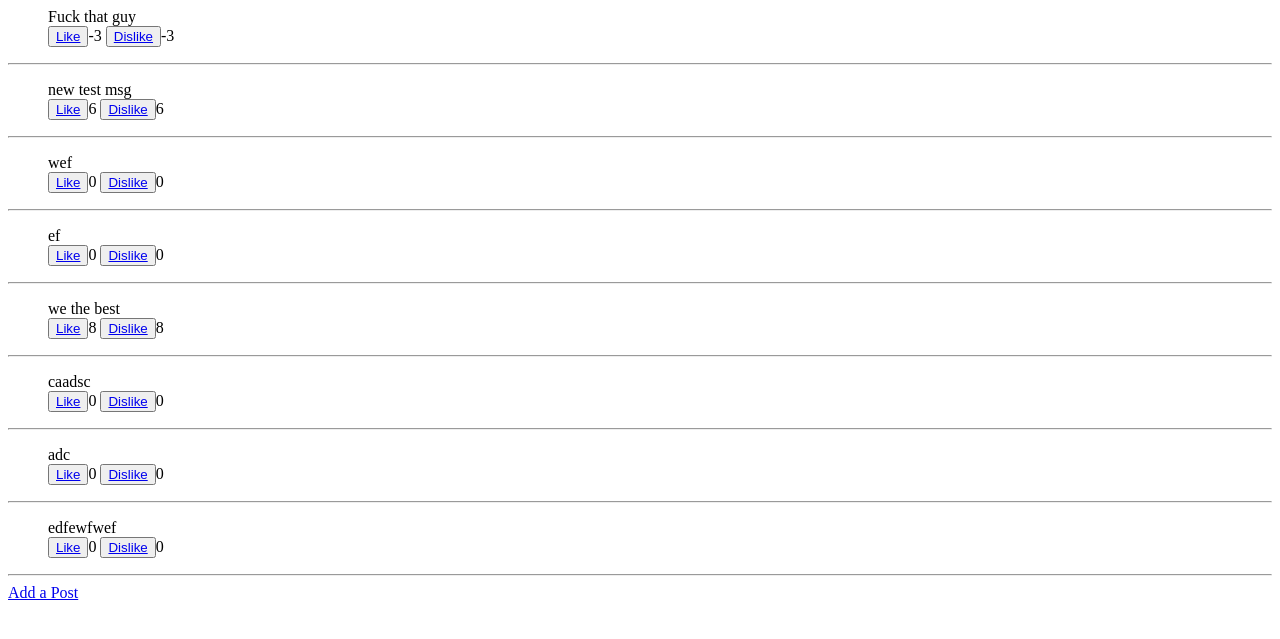
Repository: Imraj423/ghostpost
Page: http://localhost/
An editor plug-in stored every save of this project. The page is shown before and after the next save, followed by the edit.
The browser window is 1280 px wide. The pictures show the whole page.
The page is served by the project's application, run on Django 3.2 (manage.py). The page reads the database file committed with the project.

Above is the page before, as saved 2020-02-10 14:59:20.

After the next save:
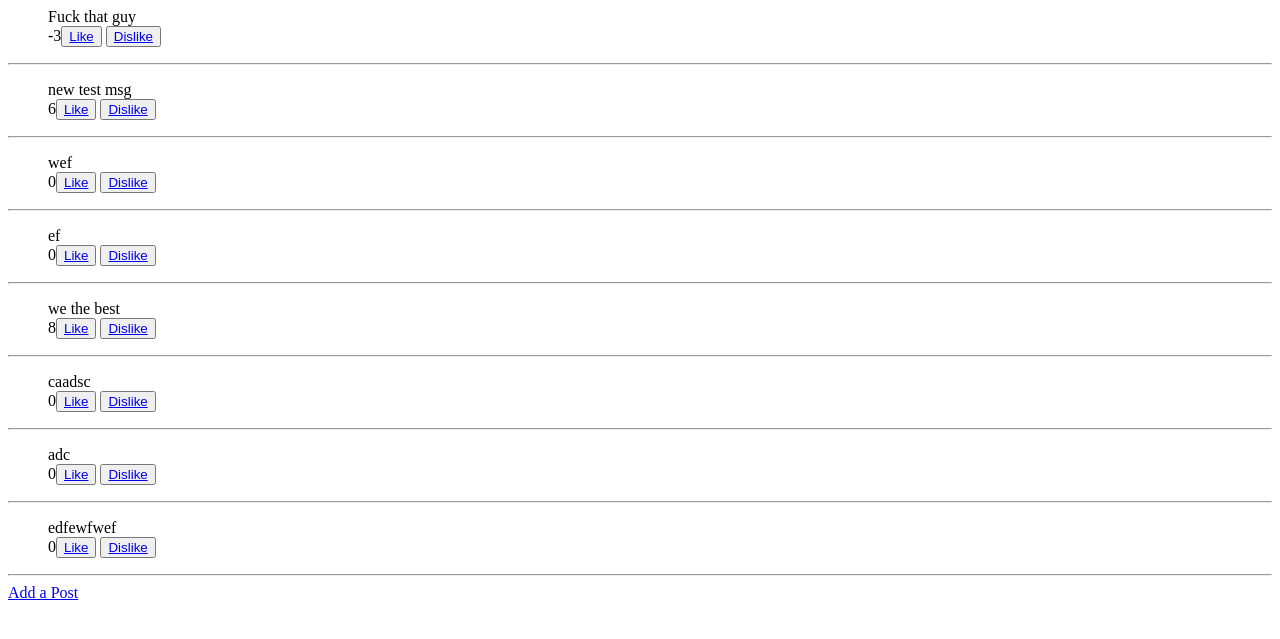
Saved 36 s later.
--- a/ghostpost/templates/index.html
+++ b/ghostpost/templates/index.html
@@ -3,10 +3,10 @@
             {% for i in data %}
             <div>
             <ul>
-            {{ i.message}}<br/> <span><button type="POST"><a href="/like/{{i.id}}">Like</a>
-            </button>{{i.like}}</span>
+            {{ i.message}}<br/> <span>{{i.like}}<button type="POST"><a href="/like/{{i.id}}">Like</a>
+            </button></span>
             <span><button type="POST"><a href="/dislike/{{i.id}}">Dislike</a>
-            </button>{{i.like}}</span></ul>
+            </button></span></ul>
              <hr/>
              </div>
 

After the save that followed:
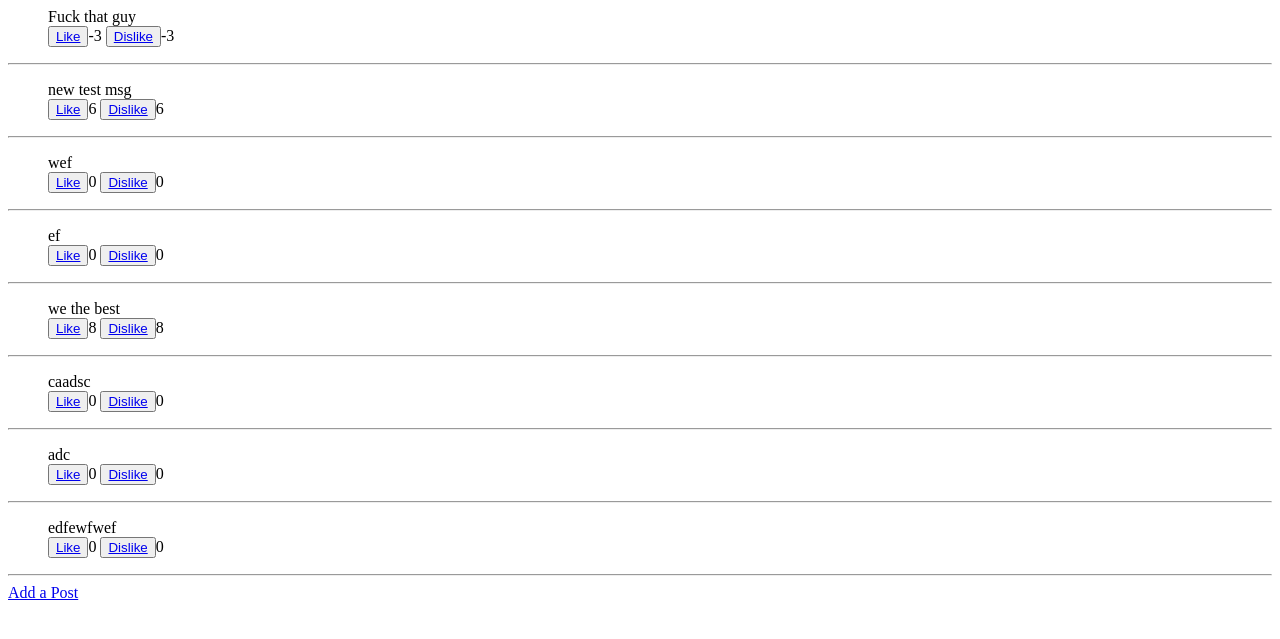
Saved 18 s later.
--- a/ghostpost/templates/index.html
+++ b/ghostpost/templates/index.html
@@ -3,10 +3,10 @@
             {% for i in data %}
             <div>
             <ul>
-            {{ i.message}}<br/> <span>{{i.like}}<button type="POST"><a href="/like/{{i.id}}">Like</a>
-            </button></span>
+            {{ i.message}}<br/> <span><button type="POST"><a href="/like/{{i.id}}">Like</a>
+            </button>{{i.like}}</span>
             <span><button type="POST"><a href="/dislike/{{i.id}}">Dislike</a>
-            </button></span></ul>
+            </button>{{i.like}}</span></ul>
              <hr/>
              </div>
 
